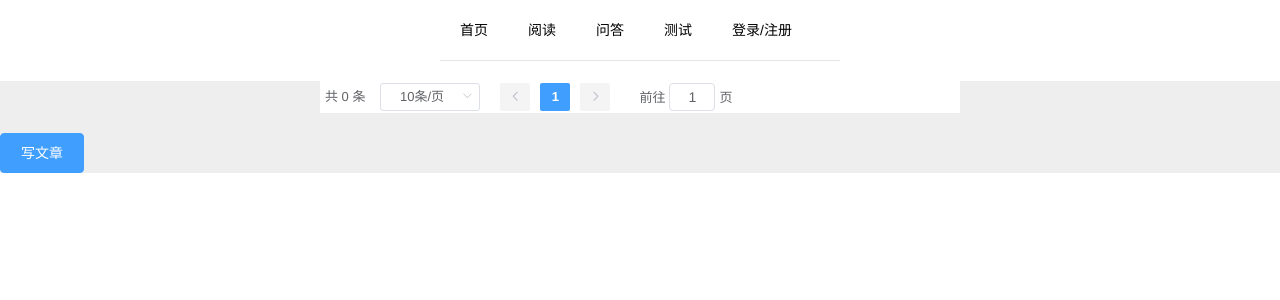
Repository: shengligo/xyx_vue_v1
Page: /read
The author's editor kept a copy of each file at every save. The page is drawn from the files as they stood at one save, then again after the next save.
The browser window is 1280 px wide. The pictures show the whole page.
The page's requests for data from a server got no answer. The project was rebuilt for these pictures with package versions that can differ from the ones it lists, and the page was loaded fresh each time. No one was signed in, and anything a server would have sent is missing. Also part of the build but not shown: vue.config.js, src/views/home/childComps/Art.vue, src/views/author/authors.vue.

Above is the page before, as saved 2021-09-04 13:05:21.

### public/index.html
<!DOCTYPE html>
<html lang="">
  <head>
    <meta charset="utf-8">
    <meta http-equiv="X-UA-Compatible" content="IE=edge">
    <meta name="viewport" content="width=device-width,initial-scale=1.0">
    <link rel="icon" href="<%= BASE_URL %>favicon.ico">
    <title>project0000001</title>
  </head>
  <body>
    <noscript>
      <strong>We're sorry but <%= htmlWebpackPlugin.options.title %> doesn't work properly without JavaScript enabled. Please enable it to continue.</strong>
    </noscript>
    <div id="app"></div>
    <!-- built files will be auto injected -->
  </body>
</html>

### src/main.js
import Vue from 'vue'
import App from './App.vue'
import router from './router'
import store from './store'
import 'element-ui/lib/theme-chalk/index.css';
import axios from "axios";
axios.defaults.baseURL = "/api"; // http://10.1.2.85:8091/essay
axios.defaults.headers.common["Content-Type"] ="application/json;charset=UTF-8";
axios.defaults.withCredentials = true // 表示跨域请求时是否需要使用凭证
Vue.prototype.$ajax = axios;
import ElementUI from 'element-ui'

Vue.config.productionTip = false
Vue.use(ElementUI)

new Vue({
  router,
  store,
  render: h => h(App)
}).$mount('#app')

### src/App.vue
<template>
  <div id="app">
    <nav-bar ></nav-bar>
    <!-- <carousel></carousel> -->
    <!-- <art></art> -->


    <router-view></router-view>

  </div>
</template>
<script>

import NavBar from './components/common/NavBar'
import Art from '@/views/home/childComps/Art'
// import Carousel from '@/components/common/Carousel'


export default {
  name: "app",
  components:{
    NavBar,
    Art,




  }
};
</script>



<style>
@import url('assets/css/normalize.css');
#app{
  font-family: "Helvetica Neue",Helvetica,"PingFang SC","Hiragino Sans GB","Microsoft YaHei","微软雅黑",Arial,sans-serif;
}



</style>

### src/router/index.js

import Vue from 'vue'
import VueRouter from 'vue-router'
import Auther from '../views/author/authors.vue'

const Home = () => import('../views/home/Home')

const Question = () => import('../views/questions/Question')
const Read = () => import('../views/read/Read')
const Test = () => import('../views/testing/Test')
const Login = () => import('../components/common/login/Login')
const originalPush = VueRouter.prototype.push

VueRouter.prototype.push = function push(location) {
  return originalPush.call(this, location).catch(err => err)
}
// fksdljfkjdsjflsdjlfja
Vue.use(VueRouter)

const routes = [
  {
    path: '/',
    name: 'Home',
    component: Home
  },
  {
    path: '/auther',
    component: Auther
  },
  // {
  //   path: '/home',
  //   name: 'Home',
  //   component: Home
  // },

  {
    path:'/qs',
    name:'Qs',
    component:Question
  },
  {
    path:'/read',
    name:'Read',
    component:Read
  },
  {
    path:'/test',
    name:'Test',
    component:Test
  },
  {
    path:'/login',
    name:'Login',
    component:Login
  }
]

const router = new VueRouter({
  mode: 'history',
  base: process.env.BASE_URL,
  routes
})

export default router

### src/components/common/NavBar.vue
<template>
  <div>
     <div class="nav">

       <el-menu
          :default-active="activeIndex"
          class="el-menu-demo"
          mode="horizontal"
          text-color="#000000"
          active-text-color="#444444"
        >
          <el-menu-item index="1" @click="itemclick">首页</el-menu-item>
          <el-menu-item index="2" @click="itemclick2">阅读</el-menu-item>
          <el-menu-item index="3" @click="itemclick3">问答</el-menu-item>
          <el-menu-item index="4" @click="itemclick4">测试</el-menu-item>
          <el-menu-item index="5" @click="itemclick5">登录/注册</el-menu-item>
        </el-menu>

     </div>

  </div>
</template>

<script>


export default {

  name: "navbar",
  data() {
    return {
      activeIndex:1
    }
  },
  methods:{
    itemclick(){
      console.log('itemclick');
      this.$router.push("/")
    },
    itemclick2(){
      this.$router.push("/read")
    },
    itemclick3(){
      this.$router.push("./qs")
    },
    itemclick4(){
      this.$router.push('./test')
    },
    itemclick5(){
      this.$router.push('/login')
    }

  },

};
</script>

<style scoped>
.nav{

  margin: 0 auto;
  /* background-color: rgba(217, 221, 221, 0.918);
   */
   /* background-color: #5880A9; */
  padding: 0;


}
.nav>.el-menu{
  width: 400px;
  margin: 0 auto;
  /* background-color: rgba(217, 221, 221, 0.918); */
}

</style>

### src/views/read/Read.vue
<template>
  <div id="box">
    <div id="article">
      <div
        class="list"
        v-for="(item, index) in fileList"
        :key="index"
        @click="goToUrl('ReadDetail', { id: item.id })"
      >
        <div class="list_l">
          <img :src="item.faceUrl" alt="图片" v-if="item.faceUrl" />
        </div>
        <div class="list_r">
          <div class="list_r_t">
            <span>{{ item.title }}</span>
            <span class="sortName">{{ item.sortName }}</span>
          </div>
          <div class="list_r_m">{{ item.introduce }}</div>
          <div class="list_r_b">
            {{ item.createTime.substring(0, 10) }} | {{ item.author }}
          </div>
        </div>
      </div>
      <!-- <div v-html="htmltext" class="centerBody"></div> -->
      <!-- 分页 -->
      <el-pagination
        class="common-page-pagination"
        background
        :current-page="condition.pageNum"
        :page-sizes="[10, 20, 30, 50]"
        :page-size="condition.pageSize"
        layout="total, sizes, prev, pager, next, jumper"
        :total="total"
        @size-change="handleSizeChange"
        @current-change="handleCurrentChange"
      />
    </div>
    <div class="toWrite">
      <el-button type="primary">写文章</el-button>
    </div>
  </div>
</template>

<script>
// import ArticleLi from "../home/childComps/ArticleLi";
import E from "wangeditor";
import qs from "qs"; // 引入qs模块，用来序列化post类型的数据，后面会提到

export default {
  name: "read",
  components: {
    // ArticleLi,
  },
  data() {
    return {
      fileList: [],
      total: 0,
      condition: {
        pageNum: 1,
        pageSize: 5
      },
      htmltext: "<p>用 JS 设置的内容</p><p>追加的内容</p>"
    };
  },
  mounted() {
    this.getEdits();
  },
  methods: {
    goToUrl(url, query = {}) {
      if (!url) {
        this.$toast("当前模块正在开发中\n敬请期待!");
      } else {
        this.$router.push({ path: url, query });
      }
    },
    handleSizeChange(val) {
      this.condition.pageSize = val;
      this.getEdits();
    },
    handleCurrentChange(val) {
      this.condition.pageNum = val;
      this.getEdits();
    },
    getEdit() {
      // const editor = new E('#div1')
      // 或者 const editor = new E( document.getElementById('div1') )

      //  const E = window.wangEditor
      this.editor = new E(document.getElementById("toolbar-container"));
      this.editor.create();
      this.editor.txt.html("<p>用 JS 设置的内容</p>"); // 重新设置编辑器内容
      this.editor.txt.append("<p>追加的内容</p>");
      console.log(this.editor.txt.html());
    },
    async getEdits(current) {
      if (current) {
        this.condition.pageNum = current;
      }
      var params = {
        pageNum: 1,
        pageSize: 10
      };
      // $ajax请求
      const url = "/essay/getEssayList";
      await this.$ajax
        .get(url, { params })
        .then(res => {
          const { data } = res;
          if (data.code === "000000") {
            //this.$message.success('请求成功')
            this.fileList = data.data.results;
            this.total = data.data.totalRecord;
            var text = "";
            data.data.results.forEach(item => {
              text += item.content;
            });
            this.htmltext = text;
          } else {
            this.$message.error("暂无权限");
          }
        })
        .catch(() => {
          this.$message.error("网络异常");
        });
    }
  }
};
</script>

<style scoped>
#article {
  width: 50%;
  margin: 0 auto;
  margin-top: 20px;
  margin-bottom: 20px;
  background: #fff;
  display: flex;
}
.centerBody {
  width: 500px;
  margin: 0 auto;
}
.list {
  display: flex;
  width: 80%;
  height: 100px;
  padding: 10px;
  margin: 0 auto;
  /* border: 1px solid pink; */
  margin-top: 10px;
}
.list_l {
  width: 100px;
  height: 100px;
  /* border: 1px solid pink; */
}
img {
  width: 100%;
  height: 100%;
}
.list_r {
  margin-top: 10px;
  margin-left: 30px;
  width: 90%;
  height: 100px;
  /* border: 1px solid pink; */
}
.list_r_t {
  margin: 5px;
  height: 20px;
  line-height: 20px;
  font-size: 18px;
  font-weight: 700;
  /* border: 1px solid pink; */
}
.sortName {
  float: right;
  width: 80px;
  height: 25px;
  line-height: 25px;
  font-size: 14px;
  color: #666;
  font-weight: 400;
  border-radius: 8px;
  background-color: #f1f5f9;
  text-align: center;
  /* border: 1px solid pink; */
}
.list_r_m {
  margin: 0 5px 5px;
  font-size: 14px;
  color: #666;
  font-weight: 400;
}
.list_r_b {
  margin: 0 5px;
  height: 20px;
  line-height: 20px;
  font-size: 16px;
  color: #666;
  font-weight: 400;
}
#box {
  width: 100%;
  height: 100%;
  margin: 0;
  padding: 0;
  background: #eee;
}

/* table 样式 */
table {
  border-top: 1px solid #ccc;
  border-left: 1px solid #ccc;
}
table td,
table th {
  border-bottom: 1px solid #ccc;
  border-right: 1px solid #ccc;
  padding: 3px 5px;
}
table th {
  border-bottom: 2px solid #ccc;
  text-align: center;
}

/* blockquote 样式 */
blockquote {
  display: block;
  border-left: 8px solid #d0e5f2;
  padding: 5px 10px;
  margin: 10px 0;
  line-height: 1.4;
  font-size: 100%;
  background-color: #f1f1f1;
}

/* code 样式 */
code {
  display: inline-block;
  *display: inline;
  *zoom: 1;
  background-color: #f1f1f1;
  border-radius: 3px;
  padding: 3px 5px;
  margin: 0 3px;
}
pre code {
  display: block;
}

/* ul ol 样式 */
ul,
ol {
  margin: 10px 0 10px 20px;
}
</style>

Loaded but not shown: src/store/index.js (common file); src/assets/css/normalize.css (library)

After the next save:
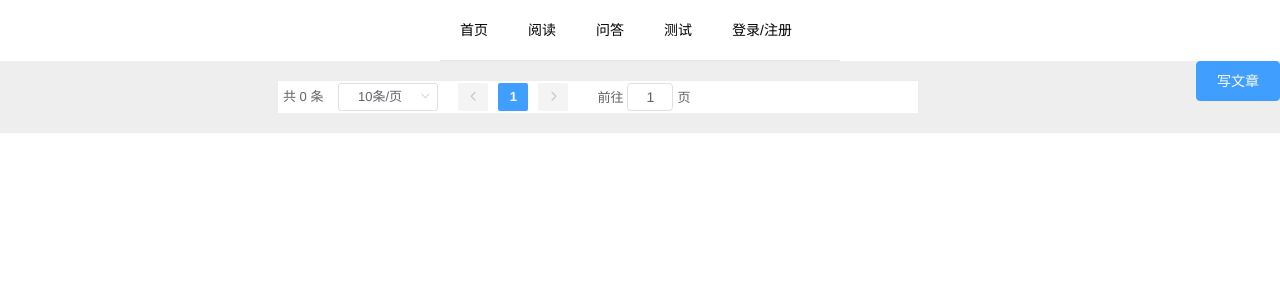
Saved 34 s later.
--- a/src/views/read/Read.vue
+++ b/src/views/read/Read.vue
@@ -128,13 +128,22 @@ export default {
 </script>
 
 <style scoped>
+#box {
+  width: 100%;
+  height: 100%;
+  margin: 0;
+  padding: 0;
+  background: #eee;
+  display: flex;
+
+}
+
 #article {
   width: 50%;
   margin: 0 auto;
   margin-top: 20px;
   margin-bottom: 20px;
   background: #fff;
-  display: flex;
 }
 .centerBody {
   width: 500px;
@@ -200,13 +209,6 @@ img {
   color: #666;
   font-weight: 400;
 }
-#box {
-  width: 100%;
-  height: 100%;
-  margin: 0;
-  padding: 0;
-  background: #eee;
-}
 
 /* table 样式 */
 table {
